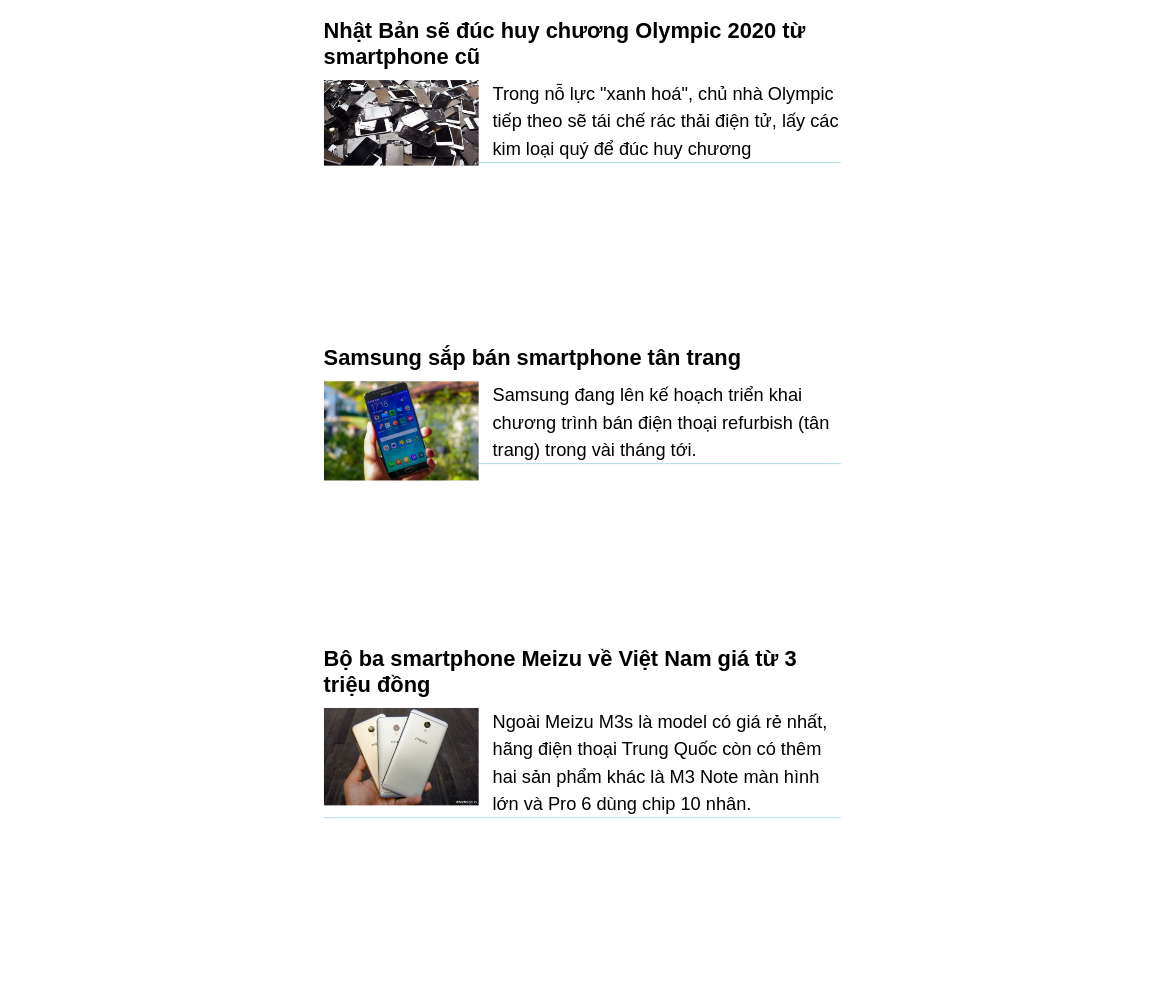
Repository: tuiladev/TKW
Page: CSS/Bai2/index.html
An editor plug-in stored every save of this project. The page is shown before and after the next save, followed by the edit.
The browser window is 1280 px wide. The pictures show the whole page, at 91% of full size.

Above is the page before, as saved 2022-04-07 17:36:03.

After the next save:
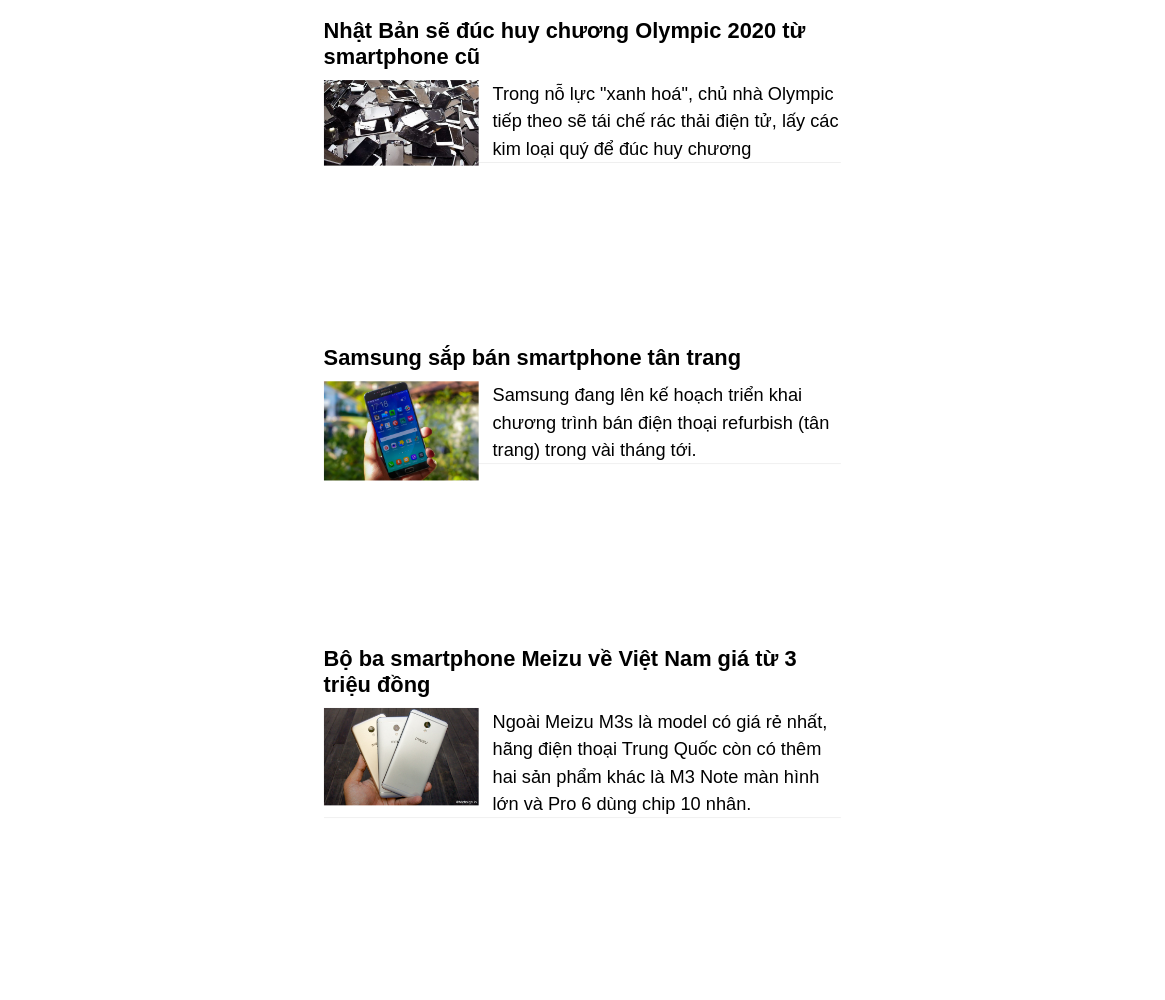
Saved 7 s later.
--- a/CSS/Bai2/style.css
+++ b/CSS/Bai2/style.css
@@ -4,7 +4,7 @@
 .news {
    width: 45%;
    margin: 0 auto 200px;
-   border-bottom: 1px solid lightblue;
+   border-bottom: 1px solid #eee;
 }
 .news__title {
    font-size: 24px;
